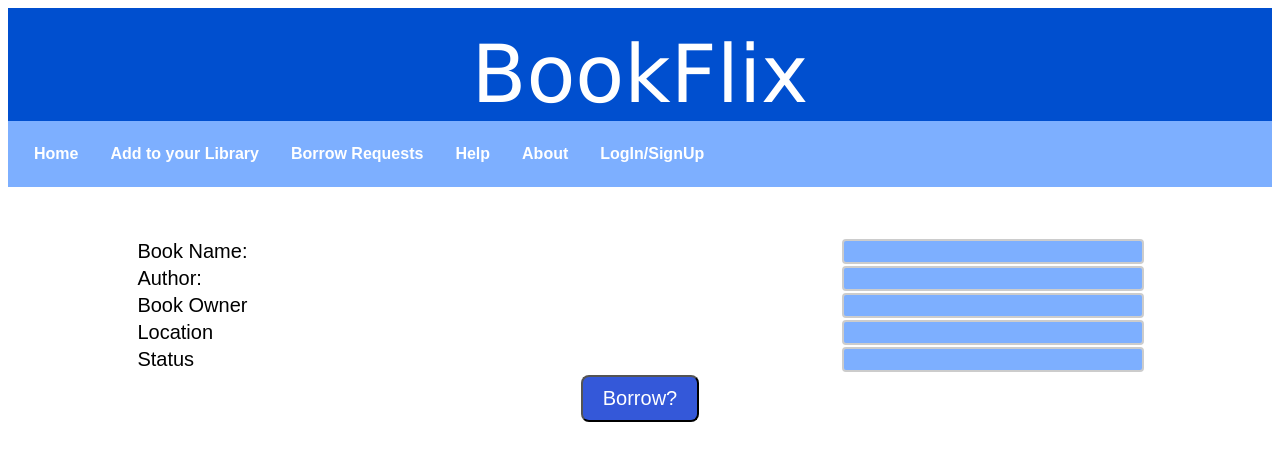
Repository: dan-10/Deloitte
Page: http://localhost/BookFlix/WEB-INF/views/status.jsp
These files come from the project's save history. The page is drawn as it stood at one moment and after the next save; the edit follows.
The browser window is 1280 px wide. The pictures show the whole page.
The page is served by Tomcat 9. Nobody is signed in. The template is opened directly, without the code that normally fills it, so the values that code supplies are empty.

Above is the page before, as saved 2019-08-09 04:49:00.

After the next save:
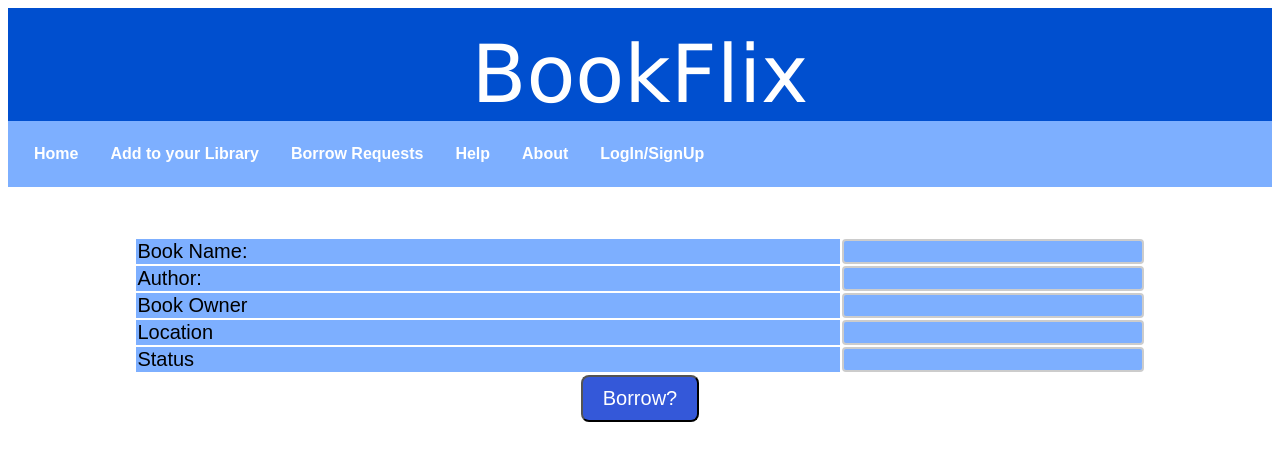
Saved 25 s later.
--- a/DeloitteTrainig/Final Project BookFlix/BookFlix/src/main/webapp/WEB-INF/views/status.jsp
+++ b/DeloitteTrainig/Final Project BookFlix/BookFlix/src/main/webapp/WEB-INF/views/status.jsp
@@ -39,7 +39,7 @@
 }
 
 .td1{
-
+	background-color: #7dafff;
 }
 
 .td {
